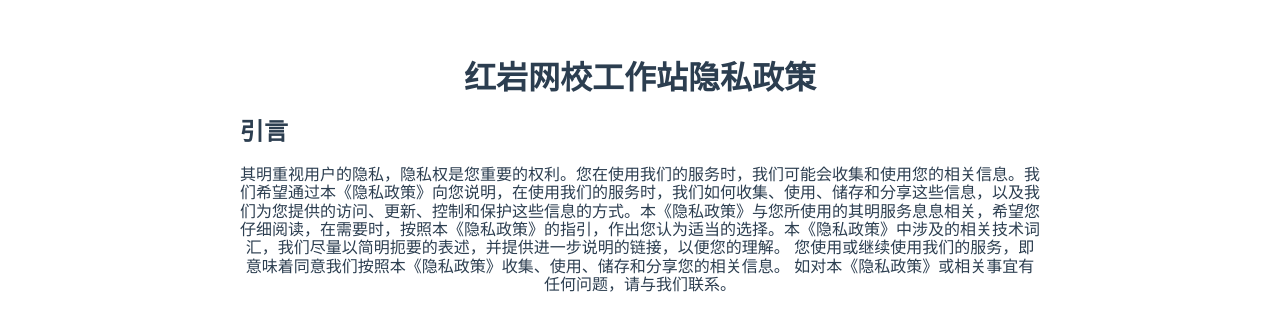
Repository: zl-mdc/privacy-policy
Page: /
These files come from the project's save history. The page is drawn as it stood at one moment and after the next save; the edit follows.
The browser window is 1280 px wide. The pictures show the whole page.
The project was rebuilt for these pictures with package versions that can differ from the ones it lists, and the page was loaded fresh each time.

Above is the page before, as saved 2020-09-17 15:32:38.

### src/main.js
import Vue from 'vue'
import App from './App.vue'
import 'normalize.css'

Vue.config.productionTip = false

new Vue({
  render: h => h(App),
}).$mount('#app')

### src/App.vue
<template>
  <div id="app">
    <Info />
  </div>
</template>

<script>
import Info from './components/Info';

export default {
  name: 'App',
  components: {
    Info
  }
}
</script>

<style>
#app {
  font-family: Avenir, Helvetica, Arial, sans-serif;
  -webkit-font-smoothing: antialiased;
  -moz-osx-font-smoothing: grayscale;
  text-align: center;
  color: #2c3e50;
  margin-top: 60px;
}
</style>

### src/components/Info.vue
<!--
 * @Author: Code_Master
 * @Date: 2020-09-17 15:00:51
 * @LastEditTime: 2020-09-17 15:32:38
 * @LastEditors: Code_Master
 * @FilePath: /privacy-policy/src/components/Info.vue
 * @Description: The first 90% of the code accounts for the first 90% of the development time. The remaining 10% of the code accounts for the other 90% of the development time.
-->
<template>
    <div id="info">
          <h1>红岩网校工作站隐私政策</h1>

          <h2>引言</h2>
          <p><span>      </span>其明重视用户的隐私，隐私权是您重要的权利。您在使用我们的服务时，我们可能会收集和使用您的相关信息。我们希望通过本《隐私政策》向您说明，在使用我们的服务时，我们如何收集、使用、储存和分享这些信息，以及我们为您提供的访问、更新、控制和保护这些信息的方式。本《隐私政策》与您所使用的其明服务息息相关，希望您仔细阅读，在需要时，按照本《隐私政策》的指引，作出您认为适当的选择。本《隐私政策》中涉及的相关技术词汇，我们尽量以简明扼要的表述，并提供进一步说明的链接，以便您的理解。 您使用或继续使用我们的服务，即意味着同意我们按照本《隐私政策》收集、使用、储存和分享您的相关信息。 如对本《隐私政策》或相关事宜有任何问题，请与我们联系。 </p>
    </div>
</template>

<script>
export default {
    name: "Info",
}
</script>

<style>
    #info {
        width: 800px;
        margin: 0 auto;
    }
    h2 {
        text-align: left;
    }
</style>

Loaded but not shown: public/index.html (common file)

After the next save:
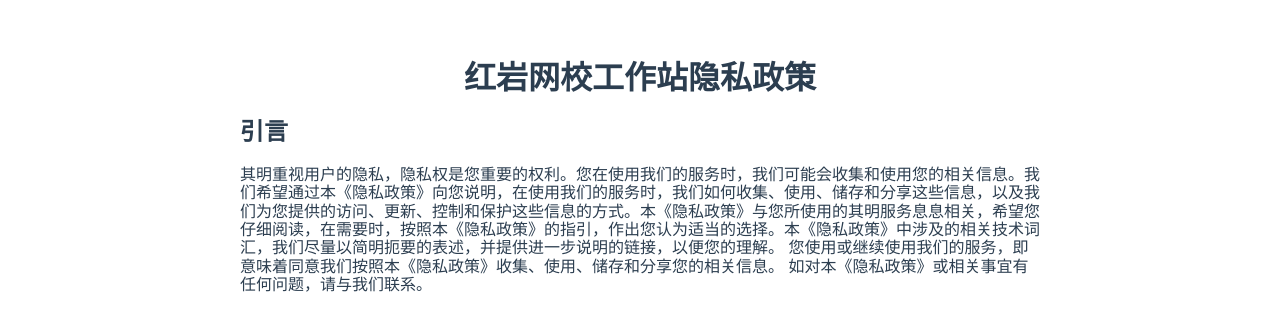
Saved 24 s later.
--- a/src/components/Info.vue
+++ b/src/components/Info.vue
@@ -1,7 +1,7 @@
 <!--
  * @Author: Code_Master
  * @Date: 2020-09-17 15:00:51
- * @LastEditTime: 2020-09-17 15:32:38
+ * @LastEditTime: 2020-09-17 15:33:02
  * @LastEditors: Code_Master
  * @FilePath: /privacy-policy/src/components/Info.vue
  * @Description: The first 90% of the code accounts for the first 90% of the development time. The remaining 10% of the code accounts for the other 90% of the development time.
@@ -29,4 +29,7 @@ export default {
     h2 {
         text-align: left;
     }
+    p {
+        text-align: left;
+    }
 </style>
